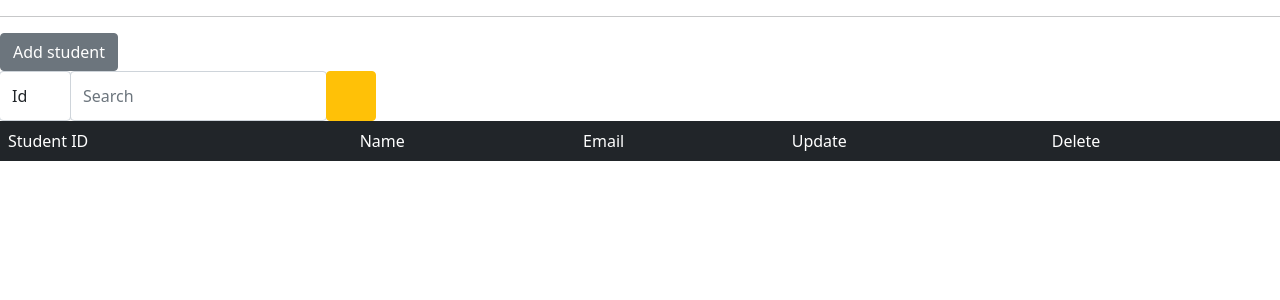
Repository: pradeep9689/monoceptAssignment
Page: http://localhost/09-student-mvc-db/StudentControlller
An editor plug-in stored every save of this project. The page is shown before and after the next save, followed by the edit.
The browser window is 1280 px wide. The pictures show the whole page.
The page is served by Tomcat 9. Other server files are loaded and not shown. Queries for data that is not in the repository find no rows.

Above is the page before, as saved 2024-07-19 04:13:16.

### 09-student-mvc-db/WebContent/view.jsp
<%@ page language="java" contentType="text/html; charset=ISO-8859-1"
    pageEncoding="ISO-8859-1"%>
    <%@ page
	import="java.util.List,java.util.ArrayList"%>
<%@ taglib uri="http://java.sun.com/jsp/jstl/core" prefix="c"%>
<%@ taglib uri="http://java.sun.com/jsp/jstl/functions" prefix="fn"%>
<!DOCTYPE html>
<html>
<head>
<link href="https://cdn.jsdelivr.net/npm/bootstrap@5.0.2/dist/css/bootstrap.min.css" rel="stylesheet" integrity="sha384-EVSTQN3/azprG1Anm3QDgpJLIm9Nao0Yz1ztcQTwFspd3yD65VohhpuuCOmLASjC" crossorigin="anonymous">
<meta charset="ISO-8859-1">
<title>Insert title here</title>
</head>
<body>
<hr>
<form action="addStudent.jsp" method="get">


        <input type="submit" value="Add student" class="btn btn-secondary"  >
    </form>
    <form class="input-group" action="StudentControlller" method="get">
    <input type="hidden" name="command" value="search" />
    <div class="form-group">
      <select class="form-control" id="type" name="type" style="height:50px;">
        <option value="Id">Id</option>
        <option value="Name">Name</option>

        <option value="Email">Email</option>
      </select>
    </div>
    <div class="form-outline">
      <input type="search" id="input" name="input" style="height:50px;"class="form-control" placeholder="Search" />
    </div>
    <span class="input-group-append">
      <button class="btn btn-warning" type="submit" value="search" style="width:50px;height:50px;">

      </button>
    </span>
  </form>
<table  class="table table-dark table-borderless">
		<tr>
			<td>Student ID</td>
			<td>Name</td>
			<td>Email</td>
			<td>Update</td>
			<td>Delete</td>

		</tr>
		<c:forEach var="student" items="${theStudentList}">
			<tr>
				<td>${student.id}</td>
				<td>${student.name}</td>
				<td>${student.email}</td>
				<td>
				<a href="StudentControlller?command=load&id=${student.id}" class="btn btn-secondary">Update</a>
				<%-- <c:url var="updateLink" value="StudentControlller">
          <c:param name="command" value="load" />
          <c:param name="id" value="${student.id}" />
        </c:url> --%>
				<a href="StudentControlller?command=delete&id=${student.id}" class="btn btn-warning">Delete</a>
				</td>
			</tr>
		</c:forEach>
	</table>

</body>
</html>

### 09-student-mvc-db/src/com/monocept/controller/StudentControlller.java
package com.monocept.controller;

import java.io.IOException;
import java.io.PrintWriter;
import java.sql.SQLException;
import java.util.ArrayList;
import java.util.List;

import javax.annotation.Resource;
import javax.servlet.RequestDispatcher;
import javax.servlet.ServletException;
import javax.servlet.annotation.WebServlet;
import javax.servlet.http.HttpServlet;
import javax.servlet.http.HttpServletRequest;
import javax.servlet.http.HttpServletResponse;
import javax.sql.DataSource;

import com.monocept.entity.Student;
import com.monocept.entity.Studentdb;

@WebServlet("/StudentControlller")
public class StudentControlller extends HttpServlet {
	private static final long serialVersionUID = 1L;
	private Studentdb studentdb;
	@Resource(name = "jdbc/student")
	private DataSource dataSource;

	@Override
	public void init() throws ServletException {

		super.init();
		studentdb = new Studentdb(dataSource);
	}

	protected void doGet(HttpServletRequest request, HttpServletResponse response)
			throws ServletException, IOException {
		String command;
		command = request.getParameter("command");
		System.out.println(command);

		if (command == null) {
			command = "list";
		}

		switch (command) {
		case "add":
			addStudent(request, response);
			break;

		case "load":
			try {
				loadStudent(request, response);
			} catch (ServletException e) {
				e.printStackTrace();
			} catch (IOException e) {
				e.printStackTrace();
			} catch (SQLException e) {
				e.printStackTrace();
			}
			break;

		case "delete":
			deleteStudent(request, response);
			break;
		case "update":
			updateStudent(request, response);
			break;
		case "search":
			try {
				searchStudent(request, response);
			} catch (SQLException e) {
				// TODO Auto-generated catch block
				e.printStackTrace();
			} catch (IOException e) {
				// TODO Auto-generated catch block
				e.printStackTrace();
			}
			break;
		default:
			listOfStudent(request, response);
		}
	}

	private void searchStudent(HttpServletRequest request, HttpServletResponse response)
			throws SQLException, IOException, ServletException {
		String input = request.getParameter("input");
		String type = request.getParameter("type");
		List<Student> studentList = new ArrayList<Student>();
		switch (type) {
		case "Id":
			int id = Integer.parseInt(input);
			Student student = studentdb.getStudent(id);
			studentList.add(student);
			break;

		default:
			studentList = studentdb.searchStudents(type, input);
			break;
		}
		System.out.println(studentList);
		request.setAttribute("theStudentList", studentList);
		RequestDispatcher requestDispatcher = request.getRequestDispatcher("view.jsp");
		try {
			requestDispatcher.forward(request, response);
		} catch (ServletException e) {
			e.printStackTrace();
		} catch (IOException e) {
			e.printStackTrace();
		}

	}

	private void updateStudent(HttpServletRequest request, HttpServletResponse response)
			throws ServletException, IOException {
		System.out.println("update method");
		int id = Integer.parseInt(request.getParameter("id"));
		System.out.println(id);
		String name = request.getParameter("name");

		String email = request.getParameter("email");

		Student updatedStudent = new Student(id, name, email);
		System.out.println(updatedStudent);
		studentdb.updateStudent(updatedStudent);
		// listOfStudent(request, response);
		response.sendRedirect(request.getContextPath() + "/StudentControlller?command=list");

	}

	private void loadStudent(HttpServletRequest request, HttpServletResponse response)
			throws ServletException, IOException, SQLException {
		int id = Integer.parseInt(request.getParameter("id"));
		Student student = studentdb.getStudent(id);

		RequestDispatcher requestDispatcher = request.getRequestDispatcher("update-student-form.jsp");
		request.setAttribute("theStudent", student);
		requestDispatcher.forward(request, response);

	}

	private void deleteStudent(HttpServletRequest request, HttpServletResponse response) throws IOException {

		int studentId = Integer.parseInt(request.getParameter("id"));
		studentdb.deleteStudent(studentId);
		response.sendRedirect(request.getContextPath() + "/StudentControlller?command=list");

	}

	private void addStudent(HttpServletRequest request, HttpServletResponse response)
			throws IOException, ServletException {
		String name = request.getParameter("student_name");
		String email = request.getParameter("student_mail");
		Student student = new Student(name, email);
		boolean isAdded = studentdb.addStudent(student);
		// listOfStudent(request, response);
		response.sendRedirect(request.getContextPath() + "/StudentControlller?command=list");

	}

	private void listOfStudent(HttpServletRequest request, HttpServletResponse response)
			throws ServletException, IOException {
		List<Student> studentList = studentdb.getStudents();

		RequestDispatcher requestDispatcher = request.getRequestDispatcher("view.jsp");
		request.setAttribute("theStudentList", studentList);
		requestDispatcher.forward(request, response);
	}

	protected void doPost(HttpServletRequest request, HttpServletResponse response)
			throws ServletException, IOException {

		doGet(request, response);
	}

}

After the next save:
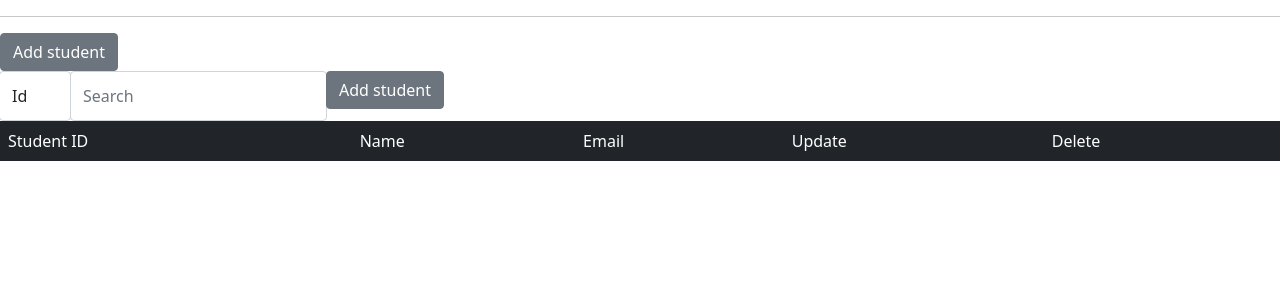
Saved 38 s later.
--- a/09-student-mvc-db/WebContent/view.jsp
+++ b/09-student-mvc-db/WebContent/view.jsp
@@ -32,7 +32,7 @@
       <input type="search" id="input" name="input" style="height:50px;"class="form-control" placeholder="Search" />
     </div>
     <span class="input-group-append">
-      <button class="btn btn-warning" type="submit" value="search" style="width:50px;height:50px;">
+     <input type="submit" value="Add student" class="btn btn-secondary"  >
 
       </button>
     </span>
